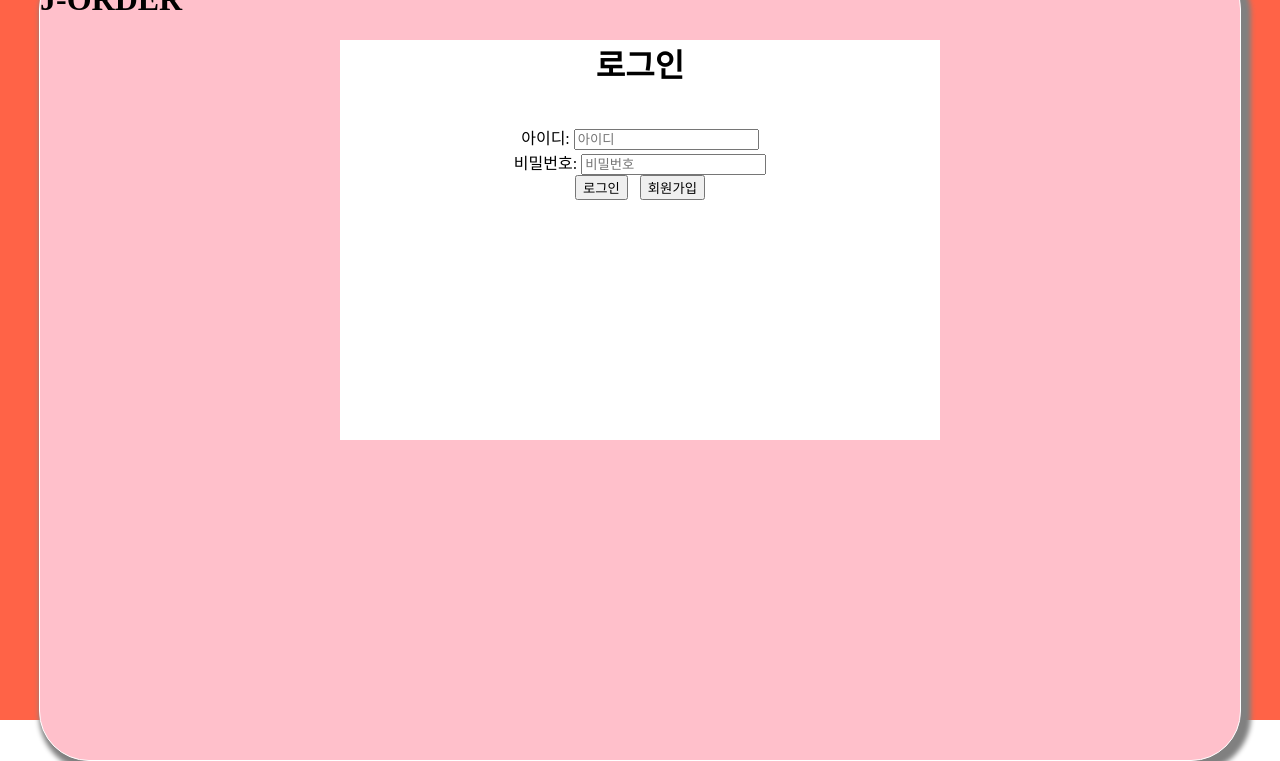
Repository: Devhyeongseon/Academy_Jsp
Page: http://localhost/MyBasic/
These files come from the project's save history. The page is drawn as it stood at one moment and after the next save; the edit follows.
The browser window is 1280 px wide. The pictures show the whole page.
The page is served by Tomcat 9.

Above is the page before, as saved 2024-01-10 08:39:20.

After the next save:
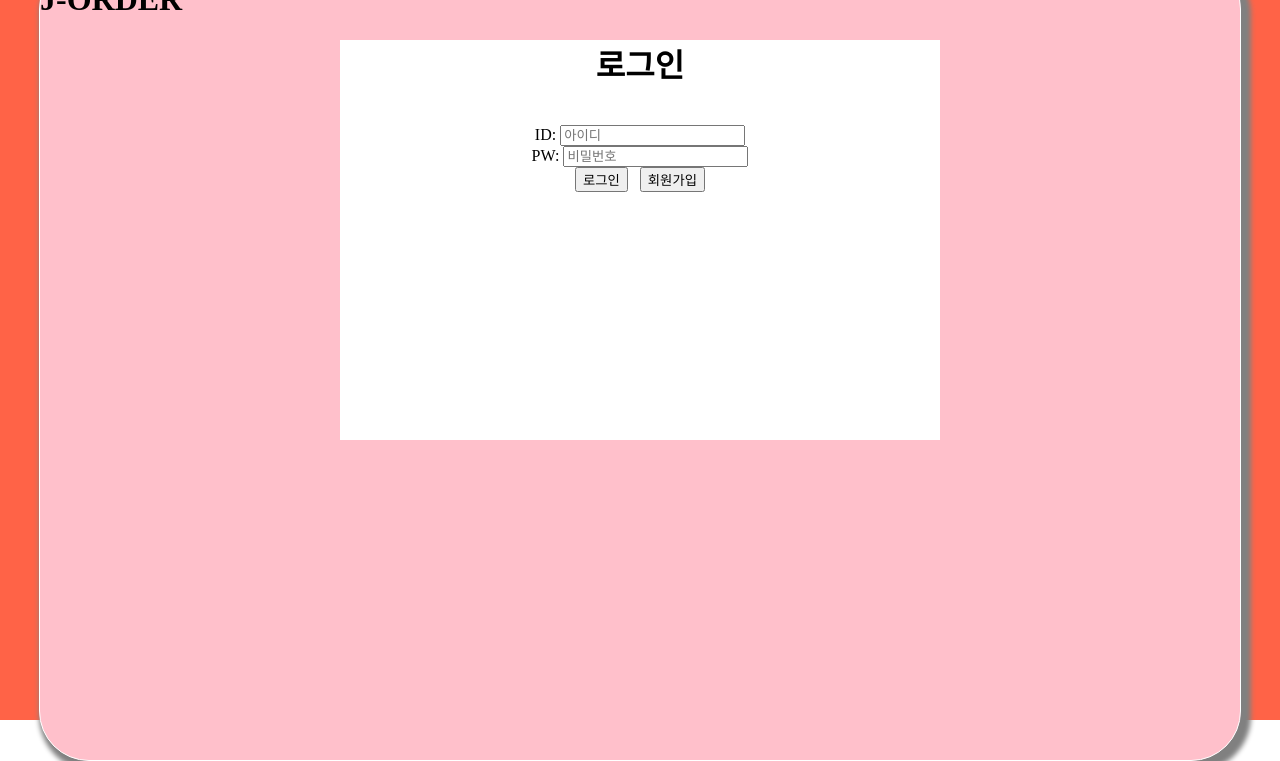
Saved 12 s later.
--- a/MyBasic/src/main/webapp/index.jsp
+++ b/MyBasic/src/main/webapp/index.jsp
@@ -55,8 +55,8 @@ html, body {
 			<div class="loginbox">
 				<h1>로그인</h1><br>
 				<form action="" method="post">
-					 아이디: <input type="text" name="id" placeholder="아이디"><br>
-					 비밀번호: <input type="password" name="pw" placeholder="비밀번호"><br>
+					 ID: <input type="text" name="id" placeholder="아이디"><br>
+					 PW: <input type="password" name="pw" placeholder="비밀번호"><br>
 					 <input	type="submit" value="로그인" class="btn btn-default">&nbsp;&nbsp;
 				 	 <input type="button" value="회원가입" class="btn btn-default"
 						onclick="">
